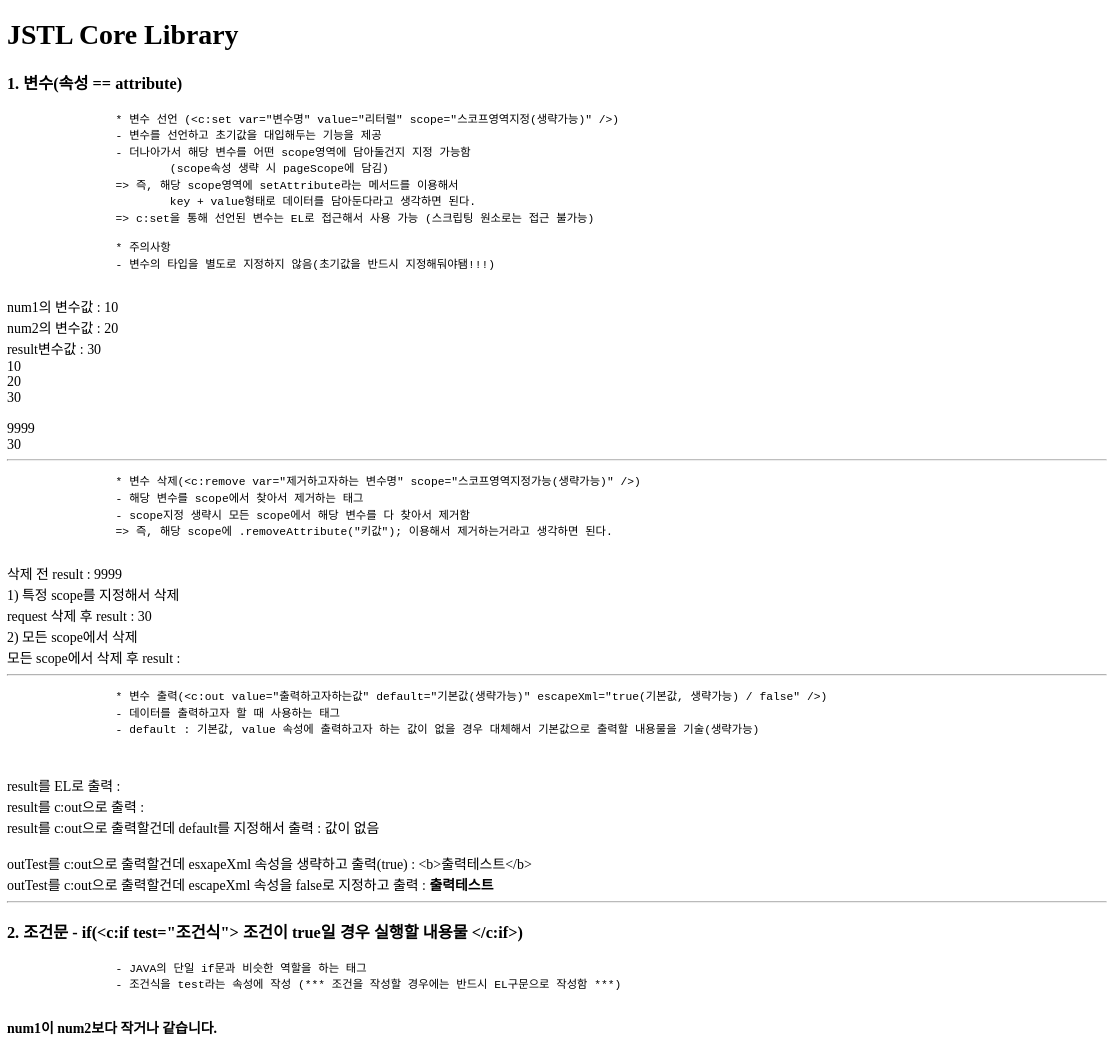
Repository: DonghwanSon1/ajax-jsp-study
Page: http://localhost/ActionProject/views/3_CustomAction/01_core.jsp
An editor plug-in stored every save of this project. The page is shown before and after the next save, followed by the edit.
The browser window is 1280 px wide. The pictures show the whole page, at 87% of full size.
The page is served by Tomcat 9.

Above is the page before, as saved 2022-07-12 07:17:02.

After the next save:
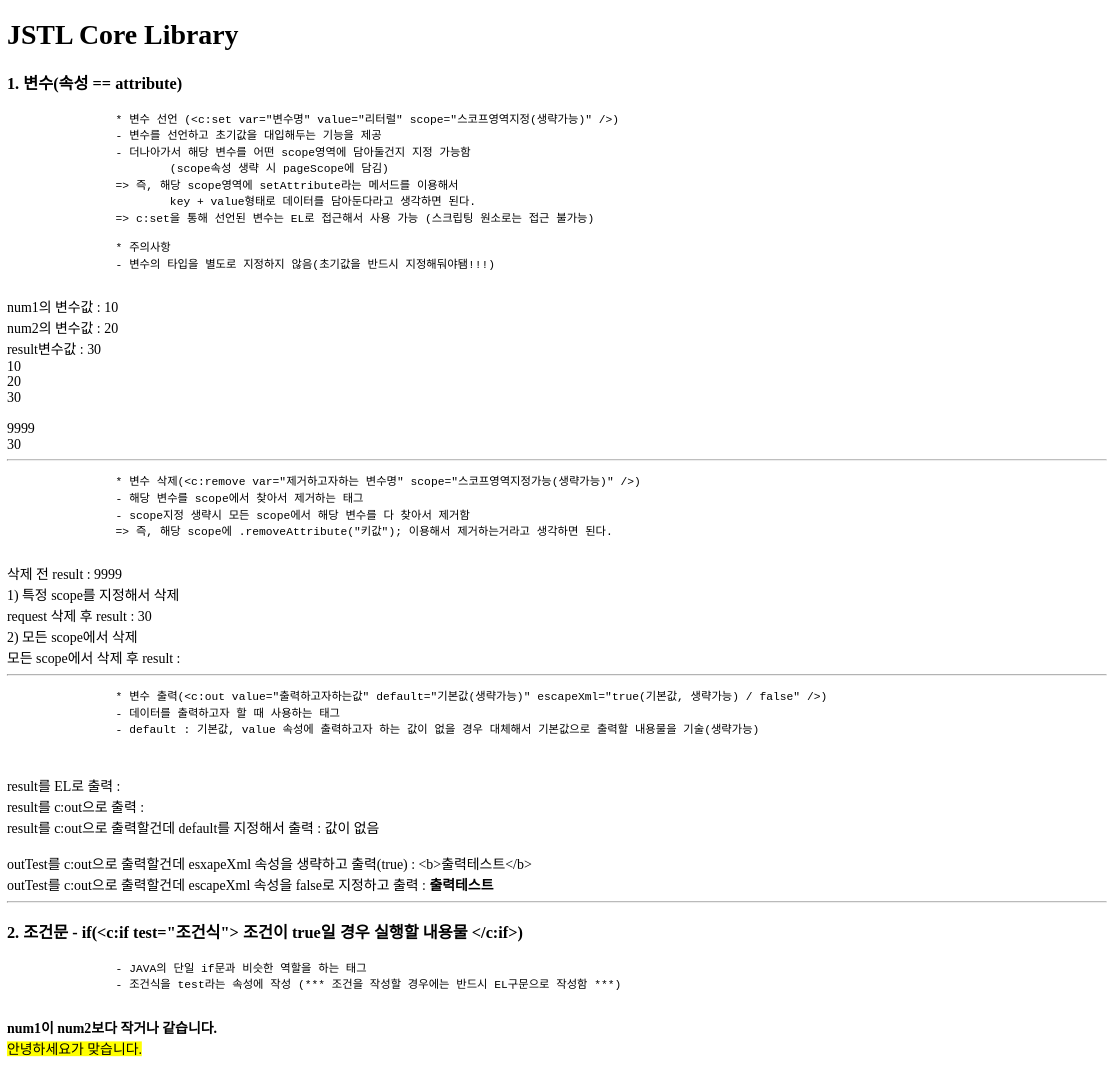
Saved 4 min 10 s later.
--- a/ActionProject/WebContent/views/3_CustomAction/01_core.jsp
+++ b/ActionProject/WebContent/views/3_CustomAction/01_core.jsp
@@ -117,7 +117,15 @@
 
 	<br>
 
+	<c:set var="str" value="안녕하세요" />
 
+	<c:if test="${ str eq '안녕하세요' }" >
+		<mark>안녕하세요가 맞습니다.</mark>
+	</c:if>
+
+	<c:if test="${ str ne '안녕하세요' }" >
+		<mark>안녕하세요가 아닙니다.</mark>
+	</c:if>
 
 
 
